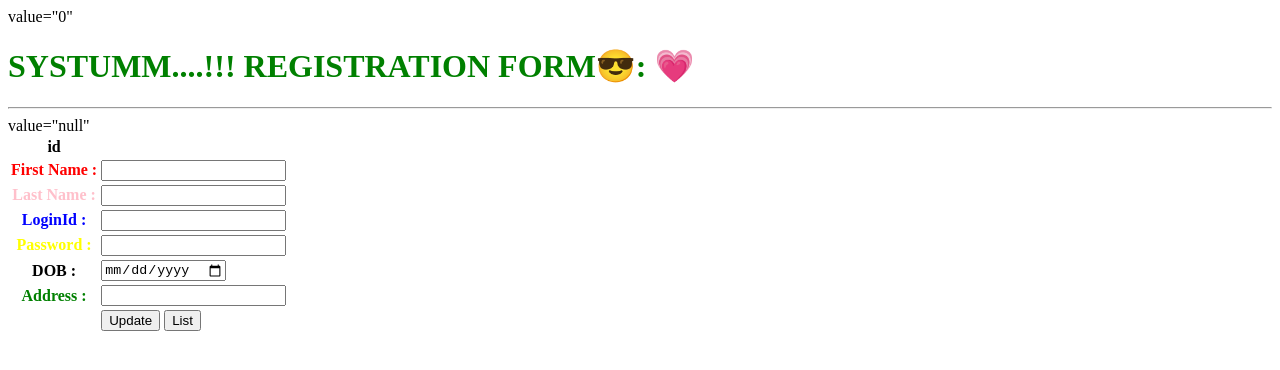
Repository: Jatdevta/AdvanceJava
Page: http://localhost/DynamicProject/UpdateUser.jsp
These files come from the project's save history. The page is drawn as it stood at one moment and after the next save; the edit follows.
The browser window is 1280 px wide. The pictures show the whole page.
The page is served by Tomcat 9. Other server files are loaded and not shown.

Above is the page before, as saved 2023-08-21 09:44:37.

### Advancejava/DynamicProject/WebContent/UpdateUser.jsp
<%@page import="in.co.rays.bean.UserBean"%>
<%@ page language="java" contentType="text/html; charset=ISO-8859-1"
	pageEncoding="ISO-8859-1"%>
<!DOCTYPE html>
<html>
<head>
<meta charset="ISO-8859-1">
<title>Insert title here</title>
</head>
<body>
 <%
 UserBean bean = new UserBean();
 %>

	<form action="UserCtl" method="post">
		<table>

			<tr>
				<th>id</th>
				<td><input type="hidden" name="id"></td>
				value="<%=bean.getId() %>"
			</tr>

			<tr>
				<h1>
					<font color="green">SYSTUMM....!!! REGISTRATION
						FORM&#128526: &#128151 </font>
				</h1>
				<hr>
				<th style="color: red;">First Name :</th>
				<td><input type="text" name="firstName"></td>
				value="<%=bean.getFirstName() %>"
			</tr>
			<tr>
				<th style="color: pink;">Last Name :</th>
				<td><input type="text" name="lastName"></td>

			</tr>
			<tr>
				<th style="color: blue;">LoginId :</th>
				<td><input type="text" name="loginId"></td>
			</tr>
			<tr>
				<th style="color: yellow;">Password :</th>
				<td><input type="password" name="password"></td>
			</tr>
			<tr>
				<th style="color: voilet;">DOB :</th>
				<td><input type="date" name="dob"></td>
			</tr>
			<tr>
				<th style="color: green;">Address :</th>
				<td><input type="text" name="address"></td>
			</tr>
			<tr>
				<th></th>
				<td><input type="Submit" name="operation" value="Update">
					<input type="submit" name="operation" value="List"></td>
			</tr>
		</table>
	</form>
</body>
</html>

### Advancejava/DynamicProject/src/in/co/rays/bean/UserBean.java
package in.co.rays.bean;

import java.util.Date;

public class UserBean {
	private int id ;
	private String FirstName;
	private String LastName ;
	private String LoginId;
	private String Password;
	private String Address;
	private Date Dob;
	public int getId() {
		return id;
	}
	public void setId(int id) {
		this.id = id;
	}
	public String getFirstName() {
		return FirstName;
	}
	public void setFirstName(String firstName) {
		FirstName = firstName;
	}
	public String getLastName() {
		return LastName;
	}
	public void setLastName(String lastName) {
		LastName = lastName;
	}
	public String getLoginId() {
		return LoginId;
	}
	public void setLoginId(String loginId) {
		LoginId = loginId;
	}
	public String getPassword() {
		return Password;
	}
	public void setPassword(String password) {
		Password = password;
	}
	public String getAddress() {
		return Address;
	}
	public void setAddress(String address) {
		Address = address;
	}
	public Date getDob() {
		return Dob;
	}
	public void setDob(Date dob) {
		Dob = dob;
	}




}

After the next save:
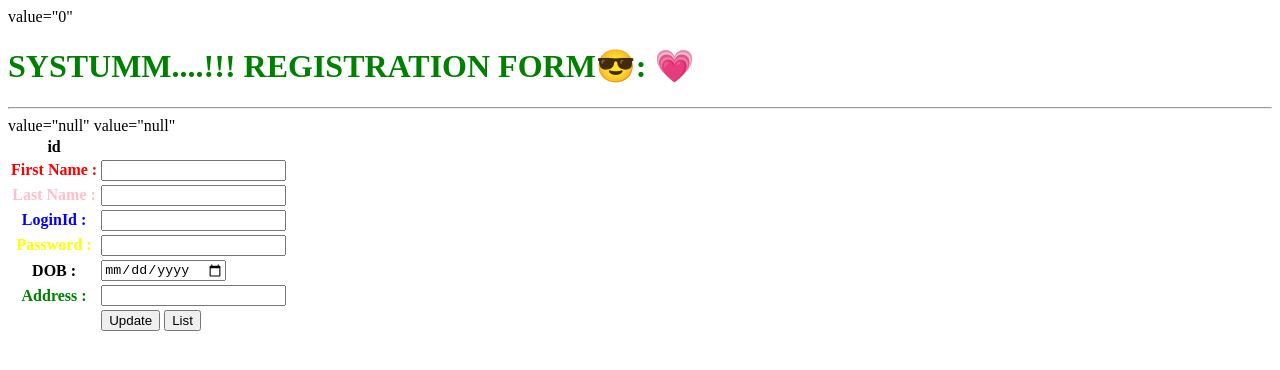
Saved 38 s later.
--- a/Advancejava/DynamicProject/WebContent/UpdateUser.jsp
+++ b/Advancejava/DynamicProject/WebContent/UpdateUser.jsp
@@ -34,7 +34,7 @@
 			<tr>
 				<th style="color: pink;">Last Name :</th>
 				<td><input type="text" name="lastName"></td>
-
+				value="<%=bean.getLastName() %>"
 			</tr>
 			<tr>
 				<th style="color: blue;">LoginId :</th>
